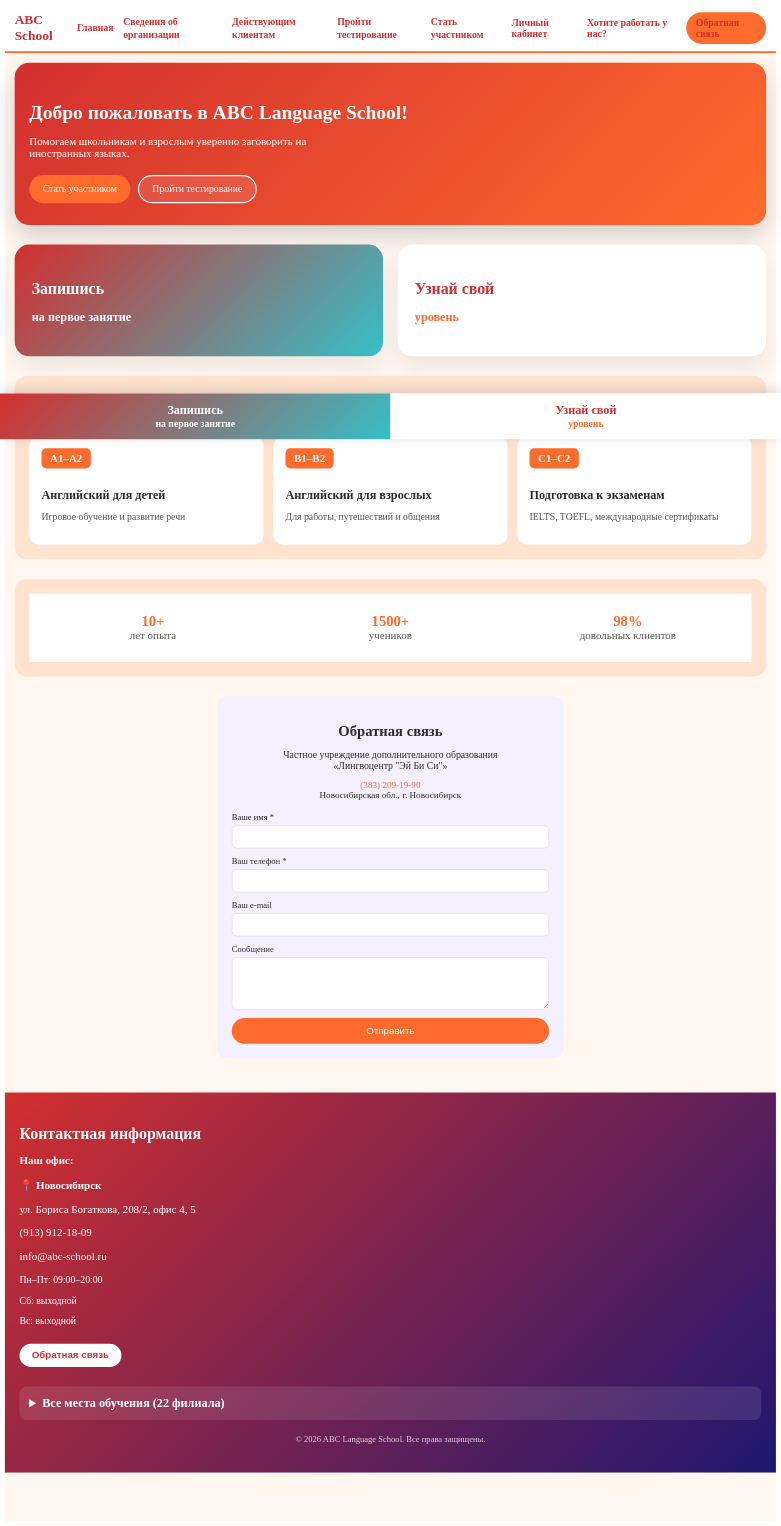
Repository: vidergooold/abc-language-school
Page: / (app in frontend/)
An editor plug-in stored every save of this project. The page is shown before and after the next save, followed by the edit.
The browser window is 1280 px wide. The pictures show the whole page, at 61% of full size.
The project was rebuilt for these pictures with package versions that can differ from the ones it lists, and the page was loaded fresh each time. Also part of the build but not shown: frontend/vite.config.ts, frontend/src/components/courses/CoursesFilter.vue, frontend/src/components/courses/CourseCard.vue, frontend/src/components/courses/CoursesGrid.vue, frontend/src/pages/Courses.vue, frontend/src/pages/Login.vue, frontend/src/pages/Register.vue, frontend/src/pages/Enroll.vue and 22 more.

Above is the page before, as saved 2026-01-11 21:26:12.

After the next save:
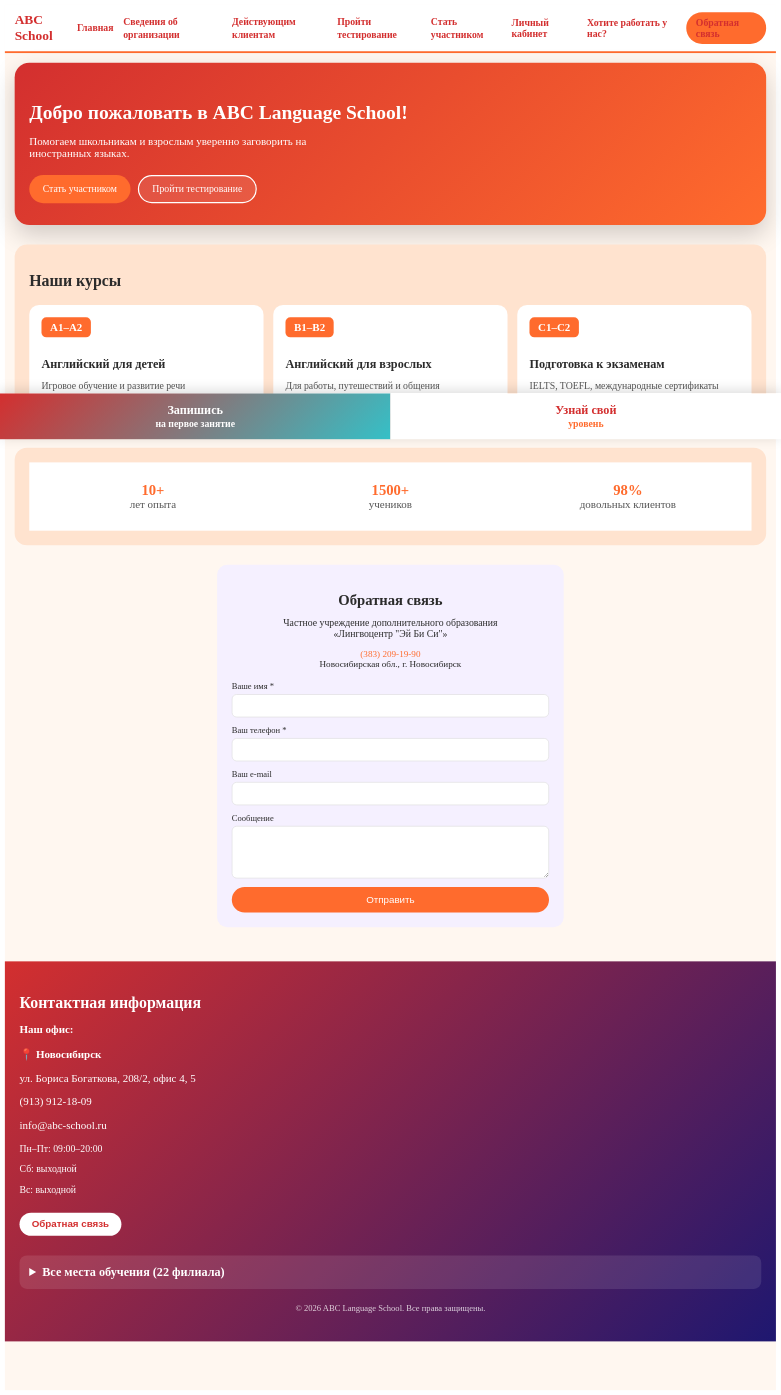
Saved 45 s later.
--- a/frontend/src/pages/Home.vue
+++ b/frontend/src/pages/Home.vue
@@ -19,21 +19,6 @@
             Пройти тестирование
           </RouterLink>
         </div>
-      </div>
-    </section>
-
-    <!-- Двойной блок: Запишись / Узнай уровень -->
-    <section class="cta-cards">
-      <div class="cta-card cta-card--enroll" @click="goToEnroll">
-        <p class="cta-card__title">Запишись</p>
-        <p class="cta-card__subtitle">на первое занятие</p>
-      </div>
-
-      <div class="cta-card cta-card--level" @click="goToTesting">
-        <p class="cta-card__title">Узнай свой</p>
-        <p class="cta-card__subtitle">
-          <span class="accent">уровень</span>
-        </p>
       </div>
     </section>
 
